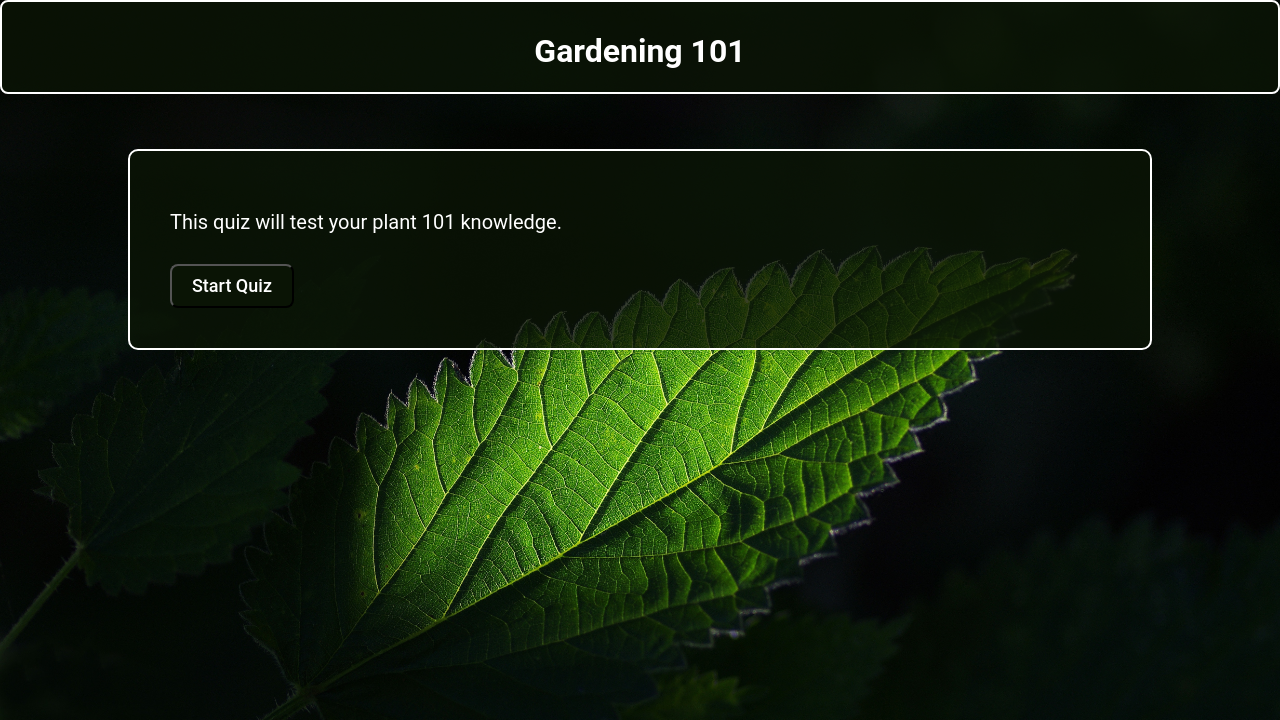
Repository: kaitlynMidori/gardening101
Page: index.html
These files come from the project's save history. The page is drawn as it stood at one moment and after the next save; the edit follows.
The browser window is 1280 px wide. The pictures show the whole page.

Above is the page before, as saved 2021-06-10 14:02:28.

### index.html
<!DOCTYPE html>
<html lang="en">

<head>
    <meta charset="UTF-8">
    <meta name="viewport" content="width=device-width, initial-scale=1.0">
    <meta http-equiv="X-UA-Compatible" content="ie=edge">
    <title>Quiz App</title>
    <link href="https://cdnjs.cloudflare.com/ajax/libs/normalize/8.0.1/normalize.min.css" rel="stylesheet" type="text/css" />
    <link href="app.css" rel="stylesheet" type="text/css" />

</head>

<body>
    <header>
        <h1>Gardening 101</h1>
    </header>
    <main></main>
    <script src="https://code.jquery.com/jquery-3.4.1.slim.js" crossorigin="anonymous"></script>
    <script src="app.js"></script>
</body>

</html>

### app.css
/* Your styles should be mobile-first and responsive */


/**
  * If you are unclear on how to utilize a mobile-first, responsive technique to write your CSS, here is an example:
  *
  * https://github.com/andreacardybailey/responsive_example/blob/master/styles/responsive-base.css
  *
*/

* {
    box-sizing: border-box;
}

p {
    font-size: 20px;
}


body {
    font-family: "Roboto", sans-serif;
    color: white;
    margin: 0;
    background: cover;
    background-image: url("screenshots/leaf.jpg");
    background-repeat: repeat;
    background-size: cover;
    background-color: white;
}

header {
    border: 2px solid white;
    border-radius: 8px;
    background: rgba(11, 21, 6, 0.8);
    padding: 10px 0 0 0;
    color: white;
}

h1 {
    text-align: center;
}

.question-and-score {
    border: 2px solid white;
    border-radius: 8px;
    background: rgba(11, 21, 6, 0.8);
    font-size: 30px;
    font-weight: 600px;
    color: white;
    text-align: center;
    list-style: none;
    padding: 10px 0 10px 0;
}

button{
    background: rgba(11, 21, 6, 0.8);
    margin-top: 10px;
    height: auto;
    font-size: 18px;
    font-weight: 500;
    text-align: center;
    color: white;
    cursor: pointer;
    margin-bottom: 0;
    border-radius: 8px;
    padding: 10px 20px;
}

.start-screen,
fieldset {
    border: 2px solid white;
    width: 80%;
    padding: 40px;
    margin: 55px auto 0 auto;
    background: rgba(11, 21, 6, 0.8);
    border-radius: 10px;
}

legend {
    font-weight: 700;
    font-size: 18px;
}

.question-form .question {
    margin-bottom: 20px;
    padding: 0 2%;
    font-size: 20px;
    font-weight: 600px;
}

.options ul {
    list-style: none;
    margin: 0;
    text-align: left;
}

label {
    font-size: 18px;
}

.options span {
    display: block;
    border-radius: 5px;
}

.right-answer {
    background: rgb(11, 21, 6, .5);
    padding: 10px 20px;
    margin: 5px 20px;
    border: 2px solid rgb(97, 164, 23);
}

.wrong-answer {
    background: rgb(11, 21, 6, .5);
    padding: 10px;
    margin: 5px 20px;
    border: 2px solid #fe0000;
    border-radius: 8px;
}

.question-form button {
    background: rgb(11, 21, 6, .5);
    border: 2px solid white;
    float: right;
    border-radius: 6px;
}

button:hover:enabled,
button:focus:enabled {
    background-color: rgb(11, 21, 6, .5);
    -webkit-transition: background 0.1s;
    -moz-transition: background 0.1s;
    -o-transition: background 0.1s;
    transition: background 0.1s;
}

button:disabled {
    opacity: 0.9;
}

#next-question-btn {
    display: none;
}

### app.js
/**
 * Example store structure
 */
// const store = {
// 5 or more questions are required
//     questions: [{
//             question: 'What color is broccoli?',
//             answers: [
//                 'red',
//                 'orange',
//                 'pink',
//                 'green'
//             ],
//             correctAnswer: 'green'
//         },
//         {
//             question: 'What is the current year?',
//             answers: [
//                 '1970',
//                 '2015',
//                 '2019',
//                 '2005'
//             ],
//             correctAnswer: '2019'
//         }
//     ],
//     quizStarted: false,
//     questionNumber: 0,
//     score: 0
// };

const STORE = {
    questions: [ //1
        {
            question: 'Which of the following is a health benefit from gardening?',
            answers: [
                'Reduces Stress & improves mood',
                'Reduces risk of dementia',
                'Improves heart health and reduces risk of stroke',
                'All of the above'
            ],
            correctAnswer: 'All of the above'
        },
        //2
        {
            question: 'Which of the following are indoor plants?',
            answers: [
                'Fiddle Leaf Fig',
                'Dragon Tree',
                'Rubber Plant',
                'All of the above'
            ],
            correctAnswer: 'All of the above'
        },
        //3
        {
            question: 'What are the most common ways to kill a plant?',
            answers: [
                'Overwatering',
                'Underwatering',
                'Incorrect sun exposure',
                'All of the above'
            ],
            correctAnswer: 'All of the above'
        },
        //4
        {
            question: 'What are some ways to keep your plants happy?',
            answers: ['Provide correct watering needs', 'Keep free of dust', 'Fertilize it', 'All of the above'],
            correctAnswer: 'All of the above'
        },
        //5
        {
            question: 'What are signs of an unhappy plant?',
            answers: [
                'Wilted leaves',
                'Yellowing/browning leaves',
                ' Bugs or fungal growth',
                'All of the above'
            ],
            correctAnswer: 'All of the above'
        }
    ],
    quizStarted: false,
    currentQuestion: 0,
    score: 0
};
/**
 *
 * Technical requirements:
 *
 * Your app should include a render() function, that regenerates the view each time the store is updated.
 * See your course material and access support for more details.
 *
 * NO additional HTML elements should be added to the index.html file.
 *
 * You may add attributes (classes, ids, etc) to the existing HTML elements, or link stylesheets or additional scripts if necessary
 *
 * SEE BELOW FOR THE CATEGORIES OF THE TYPES OF FUNCTIONS YOU WILL BE CREATING 👇
 *
 */

/********** TEMPLATE GENERATION FUNCTIONS **********/

// These functions return HTML templates

/********** RENDER FUNCTION(S) **********/

// This function conditionally replaces the contents of the <main> tag based on the state of the store

/********** EVENT HANDLER FUNCTIONS **********/

// These functions handle events (submit, click, etc)

/**
 * Generates HTML for the start screen
 */
function generateStartScreenHtml() {
    return `
    <div class="start-screen">
      <p>This quiz will test your plant 101 knowledge.</p>
      <button type="button" id="start">Start Quiz</button>
    </div>
  `;
}

/**
 * Generates the HTML for the section of the app
 * that displays the question number and the score
 */
function generateQuestionNumberAndScoreHtml() {
    return `
    <ul class="question-and-score">
      <li id="question-number">
        Question Number: ${STORE.currentQuestion + 1}/${STORE.questions.length}
      </li>
      <li id="score">
        Score: ${STORE.score}/${STORE.questions.length}
      </li>
    </ul>
  `;
}
/**
 * Generates the list of possible answers for
 * one question
 */
function generateAnswersHtml() {
    const answersArray = STORE.questions[STORE.currentQuestion].answers
    let answersHtml = '';
    let i = 0;

    answersArray.forEach(answer => {
        answersHtml += `
      <div id="option-container-${i}">
        <input type="radio" name="options" id="option${i + 1}" value= "${answer}" tabindex ="${i + 1}" required>
        <label for="option${i + 1}"> ${answer}</label>
      </div>
    `;
        i++;
    });
    return answersHtml;
}
/**
 * Generates the HTML to display one question
 */
function generateQuestionHtml() {
    let currentQuestion = STORE.questions[STORE.currentQuestion];
    return `
    <form id="question-form" class="question-form">
      <fieldset>
        <div class="question">
          <legend> ${currentQuestion.question}</legend>
        </div>
        <div class="options">
          <div class="answers">
            ${generateAnswersHtml()}
          </div>
        </div>
        <button type="submit" id="submit-answer-btn" tabindex="5">Submit</button>
        <button type="button" id="next-question-btn" tabindex="6"> Next &gt;></button>
      </fieldset>
    </form >
  `;
}

/**
 * Generates the HTML for the results screen
 */
function generateResultsScreen() {
    return `
    <div class="results">
      <form id="js-restart-quiz">
        <fieldset>
          <div class="row">
            <div class="col-12">
              <legend>Your Score is: ${STORE.score}/${STORE.questions.length}</legend>
            </div>
          </div>

          <div class="row">
            <div class="col-12">
              <button type="button" id="restart"> Restart Quiz </button>
            </div>
          </div>
        </fieldset>
    </form>
    </div>
  `;
}

/**
 * @param {string} answerStatus - 'correct' / 'incorrect'
 * @returns {string} - HTML providing the user with feedback
 * regarding whether their answer was correct or incorrect.
 */
function generateFeedbackHTML(answerStatus) {
    let correctAnswer = STORE.questions[STORE.currentQuestion].correctAnswer;
    let html = '';
    if (answerStatus === 'correct') {
        html = `
    <div class="right-answer">That is correct!</div>
    `;
    } else if (answerStatus === 'incorrect') {
        html = `
      <div class="wrong-answer">That is incorrect. The correct answer is ${correctAnswer}.</div>
    `;
    }
    return html;
}

/********** RENDER FUNCTION **********/

/**
 * All-purpose render function that will conditionally
 * render the page based upon the state of the STORE.
 */
function render() {
    let html = '';

    if (STORE.quizStarted === false) {
        $('main').html(generateStartScreenHtml());
        return;
    } else if (STORE.currentQuestion >= 0 && STORE.currentQuestion < STORE.questions.length) {
        html = generateQuestionNumberAndScoreHtml();
        html += generateQuestionHtml();
        $('main').html(html);
    } else {
        $('main').html(generateResultsScreen());
    }
}

/********** EVENT HANDLER FUNCTIONS **********/

/**
 * Handles a click of the quiz's start button
 */
function handleStartClick() {
    $('main').on('click', '#start', function(event) {
        STORE.quizStarted = true;
        render();
    });
}

/**
 * Handles the click of the "next" button
 */
function handleNextQuestionClick() {
    $('body').on('click', '#next-question-btn', (event) => {
        render();
    });
}

/**
 * Handles the submission of the question form
 */
function handleQuestionFormSubmission() {
    $('body').on('submit', '#question-form', function(event) {
        event.preventDefault();
        const currentQuestion = STORE.questions[STORE.currentQuestion];

        // get value from checkbox checked by user
        let selectedOption = $('input[name=options]:checked').val();
        /**
         * Creates an id '#option-container' + the index of
         * the current question in the answers array.
         *
         * Example: #option-container-0
         */
        let optionContainerId = `#option-container-${currentQuestion.answers.findIndex(i => i === selectedOption)}`;

        if (selectedOption === currentQuestion.correctAnswer) {
            STORE.score++;
            $(optionContainerId).append(generateFeedbackHTML('correct'));
        } else {
            $(optionContainerId).append(generateFeedbackHTML('incorrect'));
        }
        STORE.currentQuestion++;
        // hide the submit button
        $('#submit-answer-btn').hide();
        // disable all inputs
        $('input[type=radio]').each(() => {
            $('input[type=radio]').attr('disabled', true);
        });
        // show the next button
        $('#next-question-btn').show();

    });
}
/**
 * Resets all values to prepare to restart quiz
 */
function restartQuiz() {
    STORE.quizStarted = false;
    STORE.currentQuestion = 0;
    STORE.score = 0;
}

function handleRestartButtonClick() {
    $('body').on('click', '#restart', () => {
        restartQuiz();
        render();
    });
}

function handleQuizApp() {
    render();
    handleStartClick();
    handleNextQuestionClick();
    handleQuestionFormSubmission();
    handleRestartButtonClick();
}

$(handleQuizApp);

After the next save:
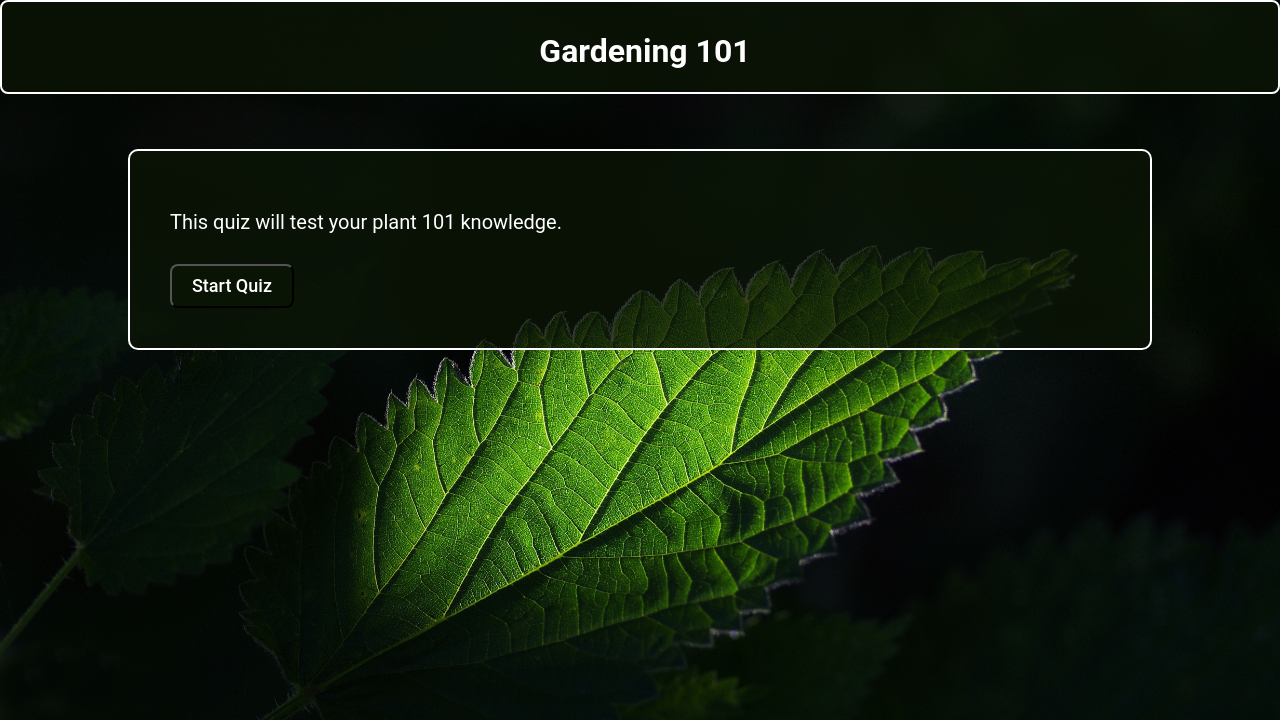
Saved 14 s later.
--- a/app.css
+++ b/app.css
@@ -32,7 +32,7 @@ header {
     border: 2px solid white;
     border-radius: 8px;
     background: rgba(11, 21, 6, 0.8);
-    padding: 10px 0 0 0;
+    padding: 10px 0 0 10px;
     color: white;
 }
 
